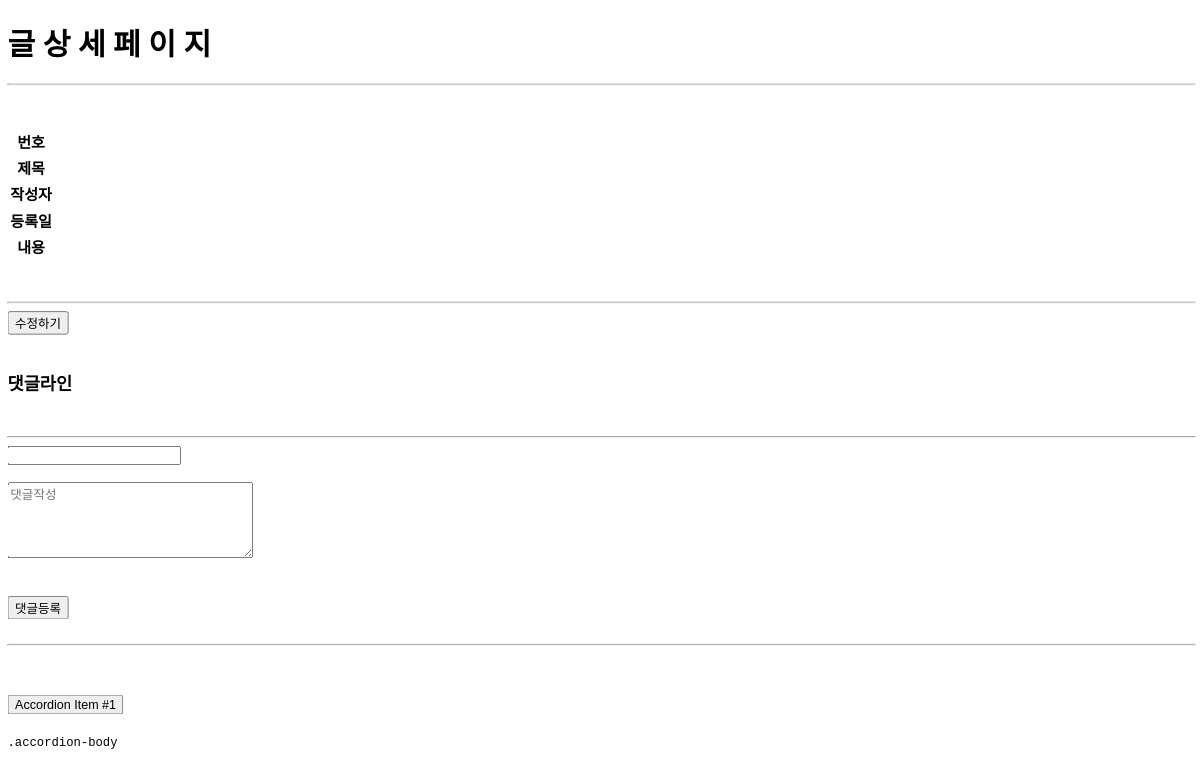
Repository: bbqju13/jsp0602
Page: http://localhost/jsp_project/board/detail.jsp
An editor plug-in stored every save of this project. The page is shown before and after a run of saves, followed by the edit.
The browser window is 1280 px wide. The pictures show the whole page, at 94% of full size.
The page is served by Tomcat 9. Other server files are loaded and not shown. The template is opened directly, without the code that normally fills it, so the values that code supplies are empty.

Above is the page before, as saved 2023-05-22 01:53:31.

### jsp_project2/jsp_project/src/main/webapp/board/detail.jsp
<%@ page language="java" contentType="text/html; charset=UTF-8"
	pageEncoding="UTF-8"%>
<%@ taglib uri="http://java.sun.com/jsp/jstl/core" prefix="c"%>
<!DOCTYPE html>
<html>
<head>
<meta charset="UTF-8">
<title>글상세 페이지</title>
<script
	src="https://cdn.jsdelivr.net/npm/bootstrap@5.2.3/dist/js/bootstrap.bundle.min.js"
	integrity="sha384-kenU1KFdBIe4zVF0s0G1M5b4hcpxyD9F7jL+jjXkk+Q2h455rYXK/7HAuoJl+0I4"
	crossorigin="anonymous"></script>
</head>
<body>
	<h1>글 상 세 페 이 지</h1>
	<hr>
	<br>
	<br>
	<table class="table table-striped">
		<tr>
			<th>번호</th>
			<td>${bvo.bno }</td>
		</tr>
		<tr>
			<th>제목</th>
			<td>${bvo.title }</td>
		</tr>
		<tr>
			<th>작성자</th>
			<td>${bvo.writer }</td>
		</tr>
		<tr>
			<th>등록일</th>
			<td>${bvo.reg_date }</td>
		</tr>
		<tr>
			<th>내용</th>
			<td>${bvo.content }</td>
		</tr>
	</table>

	<br>
	<br>
	<hr>
	<a href="/brd/modify?bno=${bvo.bno }">
		<button type="button">수정하기</button>
	</a>

	<br>
	<br>

	<div>
		<h3>댓글라인</h3>
		<br>
		<hr>
		<!-- 댓글작성 라인 -->
		<input type="text" id="cmtWriter" value="${ses.id }"
			readonly="readonly"> <br> <br>
		<textarea rows="5" cols="30" id="cmtText" placeholder="댓글작성"></textarea>
		<br> <br> <br>
		<button type="button" id="cmtAddBtn">댓글등록</button>
	</div>
	<br>
	<hr>
	<br>
	<div class="accordion" id="accordionExample">
		<div class="accordion-item">
			<h2 class="accordion-header" id="headingOne">
				<button class="accordion-button" type="button"
					data-bs-toggle="collapse" data-bs-target="#collapseOne"
					aria-expanded="true" aria-controls="collapseOne">
					Accordion Item #1</button>
			</h2>
			<div id="collapseOne" class="accordion-collapse collapse show"
				aria-labelledby="headingOne" data-bs-parent="#accordionExample">
				<div class="accordion-body">
					<code>.accordion-body</code>
				</div>
			</div>
		</div>
	</div>

	<script type="text/javascript">
		const bnoVal = `<c:out value = "${bvo.bno}" />`;
	</script>
	<script src="/resource/comment.js"></script>

</body>
</html>

### jsp_project2/jsp_project/src/main/webapp/resource/comment.js
// 화면에서 등록한 댓글내용을 컨트롤러로 전송 -> DB에 저장
async function postCommentToServer(cmtData) {
	try {
		const url = "/cmt/post";
		const config = {
			method: 'post',
			headers: {
				'content-Type': 'application/json; charset=utf-8'
			},
			body: JSON.stringify(cmtData)
		};
		// 데이터가 컨트롤러 로 이동한 후 컨트롤러 처리 하고 응답데이터를 가져와서 resp에 저장
		const resp = await fetch(url, config); // > /cmt/list/1
		const result = await resp.text(); // isOk - controller에서 보내는 결과
		return result; // 프로미스 객체
	} catch (err) {
		console.log(err);
	}
}

// 미리 보낼 데이터를 만들어서 함수로 전달. cmtData
document.getElementById('cmtAddBtn').addEventListener('click', () => {
	const cmtText = document.getElementById('cmtText').value;
	console.log(cmtText);

	if (cmtText == null || cmtText == "") {
		alert('댓글을 입력하시오');
		return false;
	} else {
		let cmtData = {
			bno: bnoVal,
			writer: document.getElementById('cmtWriter').value,
			content: cmtText
		};
		postCommentToServer(cmtData).then(result => {
			if (result > 0) {
				alert('댓글 등록 성공 : >> ' + cmtData.content);
				document.getElementById('cmtText').value = "";
			}
			// 댓글 표시
			printCommentList(cmtData.bno);
		})
	}

})

// 댓글 가져오기
// 컨트롤러에 가서 bno에 해당하는 댓글 리스트 달라고 요청
async function getCommentListFromServer(bno) {
	try {

		const resp = await fetch('/cmt/list/' + bno); // > /cmt/list/1
		const cmtList = await resp.json(); // 댓글 객체가 리턴
		return cmtList;

	} catch (err) {
		console.log(err);
	}
}

function printCommentList(bno) {

	// 통신 완료후 가져온 리스트를 콘솔에 찍어본 작업
	getCommentListFromServer(bno).then(result => {
		console.log(result);
		if (result.length > 0) { // 현재 등록된 댓글이 있음.
			spreadCommentList(result);
		} else {
			let div = document.getElementById('accordionExample');
			div.innetText = "comment가 없습니다.";
		}
	})
}


function spreadCommentList(result) { // result > 댓글 List
	console.log(result);
	let div = document.getElementById('accordionExample');
	div.innerHTML = "";
	for (i = 0; i < result.length; i++) {

		let html = `<div class="accordion-item">`;

		html += `<h2 class="accordion-header" id="heading${i}">`;

		html += `<button class="accordion-button" type="button"
				data-bs-toggle="collapse" `;

		html += `data-bs-target="#collapse${i}"
				aria-expanded="true" aria-controls="collapse${i}">`;
		html += `${result[i].cno}, ${result[i].writer}</button></h2 >`;

		html += `<div id="collapse${i}" class="accordion-collapse collapse show"`;

		html += `aria-labelledby="heading${i}" data-bs-parent="#accordionExample">`;

		html += `<div class="accordion-body">`;

		html += `<button type="button" data-cno="${result[i].cno}" data-writer="${result[i].writer}" class="btn btn-sm btn-outline-warning cmtModBtn">%</button>`;

		html += `<button type="button" data-cno="${result[i].cno}" class="btn btn-sm btn-outline-danger cmtDelBtn">X</button>`;

		htnl += `<input type="text" class="form-control" id="cmtText1" value="${result[i].content}">`;

		html += `${result[i].reg_date}`;

		html = `</div >
		</div >
	</div >`;

		div.innerHTML += html; // 누적해서 담기

	}

	// 예시

}

After the next 2 saves:
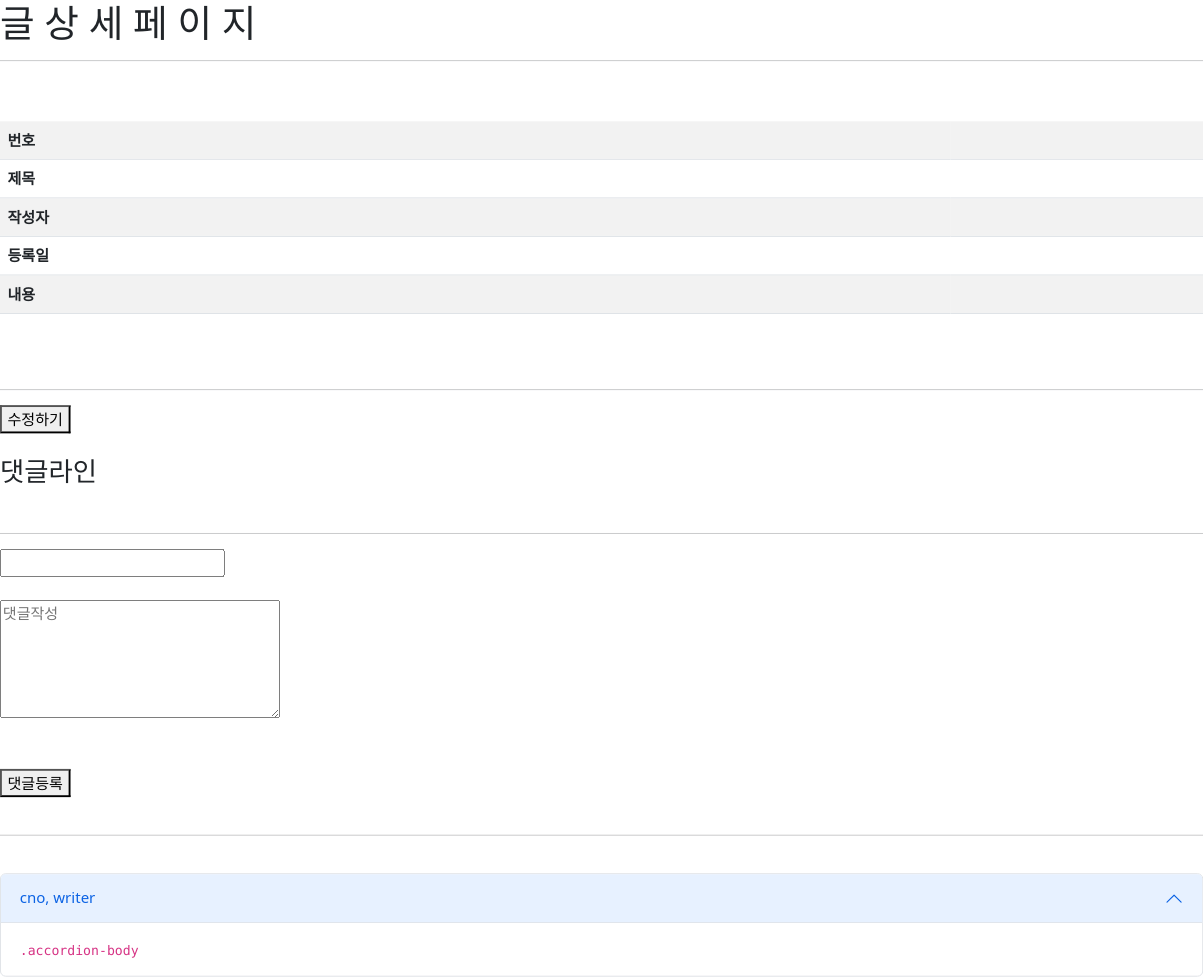
The 2 saves are shown as one change because they came seconds apart.
The last was saved 24 s later.
--- a/jsp_project2/jsp_project/src/main/webapp/board/detail.jsp
+++ b/jsp_project2/jsp_project/src/main/webapp/board/detail.jsp
@@ -6,10 +6,16 @@
 <head>
 <meta charset="UTF-8">
 <title>글상세 페이지</title>
+<link
+	href="https://cdn.jsdelivr.net/npm/bootstrap@5.2.3/dist/css/bootstrap.min.css"
+	rel="stylesheet"
+	integrity="sha384-rbsA2VBKQhggwzxH7pPCaAqO46MgnOM80zW1RWuH61DGLwZJEdK2Kadq2F9CUG65"
+	crossorigin="anonymous">
 <script
 	src="https://cdn.jsdelivr.net/npm/bootstrap@5.2.3/dist/js/bootstrap.bundle.min.js"
 	integrity="sha384-kenU1KFdBIe4zVF0s0G1M5b4hcpxyD9F7jL+jjXkk+Q2h455rYXK/7HAuoJl+0I4"
 	crossorigin="anonymous"></script>
+
 </head>
 <body>
 	<h1>글 상 세 페 이 지</h1>
@@ -68,8 +74,8 @@
 			<h2 class="accordion-header" id="headingOne">
 				<button class="accordion-button" type="button"
 					data-bs-toggle="collapse" data-bs-target="#collapseOne"
-					aria-expanded="true" aria-controls="collapseOne">
-					Accordion Item #1</button>
+					aria-expanded="true" aria-controls="collapseOne">cno,
+					writer</button>
 			</h2>
 			<div id="collapseOne" class="accordion-collapse collapse show"
 				aria-labelledby="headingOne" data-bs-parent="#accordionExample">
